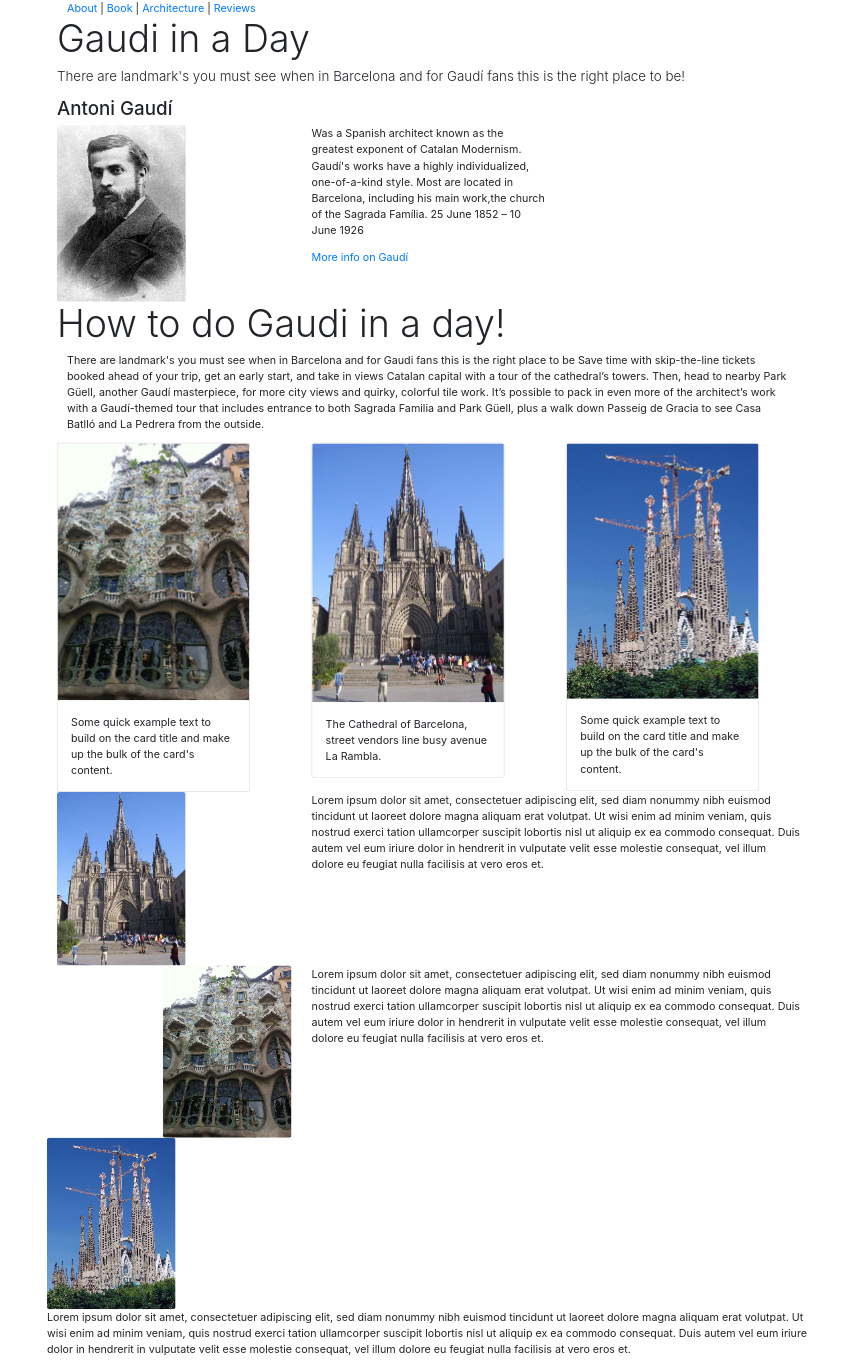
Repository: Taitdanielle/Milestone1
Page: index.html
The author's editor kept a record of every edit. The page is drawn from the files as they stood at one moment, then again after the next edit.
The browser window is 1280 px wide. The pictures show the whole page, at 67% of full size.

Above is the page before.

### index.html
<!DOCTYPE html>
<html lang="en">

<head>
    <title>Gaudí in a day!</title>
    <meta charset="UTF-8">
    <meta name="viewport" content="width=device-width, initial-scale=1.0">
    <meta http-equiv="X-UA-Compatible" content="ie=edge">
    <link rel="stylesheet" href="css/style.css" type="text/css" />
    <link href="https://fonts.googleapis.com/css?family=Lato&display=swap" rel="stylesheet">
    <link rel="stylesheet" href="https://stackpath.bootstrapcdn.com/bootstrap/4.3.1/css/bootstrap.min.css" integrity="sha384-ggOyR0iXCbMQv3Xipma34MD+dH/1fQ784/j6cY/iJTQUOhcWr7x9JvoRxT2MZw1T" crossorigin="anonymous">
</head>

<nav>
    <div class="container">
        <div class="col-md-12">
            <a href="/about/">About</a> |
            <a href="/book/">Book</a> |
            <a href="/architecture/">Architecture</a> |
            <a href="/reviews/">Reviews</a>
        </div>
    </div>
</nav>


<body class="background-color:#FDF7FF;">

    <div class="container">
        <h1 class="display-4">Gaudi in a Day</h1>
        <p class="lead">There are landmark's you must see when in Barcelona and for Gaudí fans this is the right place to be!</p>
    </div>

    <div class="container">
        <div class="row">
            <div class="col-md-12 title-heading-conatainer">
                <h3 class="title-heading"> Antoni Gaudí </h3>
            </div>
            <div class="col-md-4">
                <img src="images/gaudi.jpg" </img>
            </div>
            <div class="col-md-4">
                <p>Was a Spanish architect known as the greatest exponent of Catalan Modernism. Gaudí's works have a highly individualized, one-of-a-kind style. Most are located in Barcelona, including his main work,the church of the Sagrada Família. 25
                    June 1852 – 10 June 1926 </p>
                <a href="https://en.wikipedia.org/wiki/Antoni_Gaud%C3%AD">More info on Gaudí</a>
            </div>
        </div>
    </div>

    <div class="container">
        <h2 class="display-4"> How to do Gaudi in a day!</h2>
        <p class="col-md-12"> There are landmark's you must see when in Barcelona and for Gaudi fans this is the right place to be Save time with skip-the-line tickets booked ahead of your trip, get an early start, and take in views Catalan capital with a tour of the cathedral’s
            towers. Then, head to nearby Park Güell, another Gaudí masterpiece, for more city views and quirky, colorful tile work. It’s possible to pack in even more of the architect’s work with a Gaudí-themed tour that includes entrance to both Sagrada
            Familia and Park Güell, plus a walk down Passeig de Gracia to see Casa Batlló and La Pedrera from the outside. </p>
    </div>

    <!-- image cards -->
    <div class="container">
        <div class="row">
            <div class="col-md-4">
                <div class="card" style="width: 18rem;">
                    <img src="images/gaudi2.jpg" class="card-img-top" alt="Casa Battlo Building">
                    <div class="card-body">
                        <p class="card-text">Some quick example text to build on the card title and make up the bulk of the card's content.</p>
                    </div>
                </div>
            </div>
            <div class="col-md-4">
                <div class="card" style="width: 18rem;">
                    <img src="images/Sta-eulalia.jpg" class="card-img-top" alt=" Barri Gotic Building">
                    <div class="card-body">
                        <p class="card-text">The Cathedral of Barcelona, street vendors line busy avenue La Rambla.</p>
                    </div>
                </div>
            </div>
            <div class="col-md-4">
                <div class="card" style="width: 18rem;">
                    <img src="images/sagrada-familia-1028930_1920.jpg" class="card-img-top" alt="sagrada-familia-building">
                    <div class="card-body">
                        <p class="card-text">Some quick example text to build on the card title and make up the bulk of the card's content.</p>
                    </div>
                </div>
            </div>
        </div>
    </div>

    <div class="container">


        <div class="row">
            <div class="col-md-4">
                <img src="images/Sta-eulalia.jpg" class="rounded float-left" alt="barrigotic building">
            </div>
            <div class="col-md-8">
                <p>Lorem ipsum dolor sit amet, consectetuer adipiscing elit, sed diam nonummy nibh euismod tincidunt ut laoreet dolore magna aliquam erat volutpat. Ut wisi enim ad minim veniam, quis nostrud exerci tation ullamcorper suscipit lobortis nisl
                    ut aliquip ex ea commodo consequat. Duis autem vel eum iriure dolor in hendrerit in vulputate velit esse molestie consequat, vel illum dolore eu feugiat nulla facilisis at vero eros et.</p>
            </div>
        </div>


        <div class="row">
            <div class="col-md-4">
            <img src="images/gaudi2.jpg" class="rounded float-right" alt="Building">
            </div>
            <div class="col-md-8">
            <p> Lorem ipsum dolor sit amet, consectetuer adipiscing elit, sed diam nonummy nibh euismod tincidunt ut laoreet dolore magna aliquam erat volutpat. Ut wisi enim ad minim veniam, quis nostrud exerci tation ullamcorper suscipit lobortis nisl ut
                aliquip ex ea commodo consequat. Duis autem vel eum iriure dolor in hendrerit in vulputate velit esse molestie consequat, vel illum dolore eu feugiat nulla facilisis at vero eros et.</p>
</div>
        </div>

        <div class="row">
            <img src="images/sagrada-familia-1028930_1920.jpg" class="rounded float-left" alt=building>
            <p> Lorem ipsum dolor sit amet, consectetuer adipiscing elit, sed diam nonummy nibh euismod tincidunt ut laoreet dolore magna aliquam erat volutpat. Ut wisi enim ad minim veniam, quis nostrud exerci tation ullamcorper suscipit lobortis nisl ut
                aliquip ex ea commodo consequat. Duis autem vel eum iriure dolor in hendrerit in vulputate velit esse molestie consequat, vel illum dolore eu feugiat nulla facilisis at vero eros et.</p>
        </div>
    </div>
    </div>
</body>

</html>

### css/style.css
container {
    background-color: #FBEAFF;
}

After the next edit:
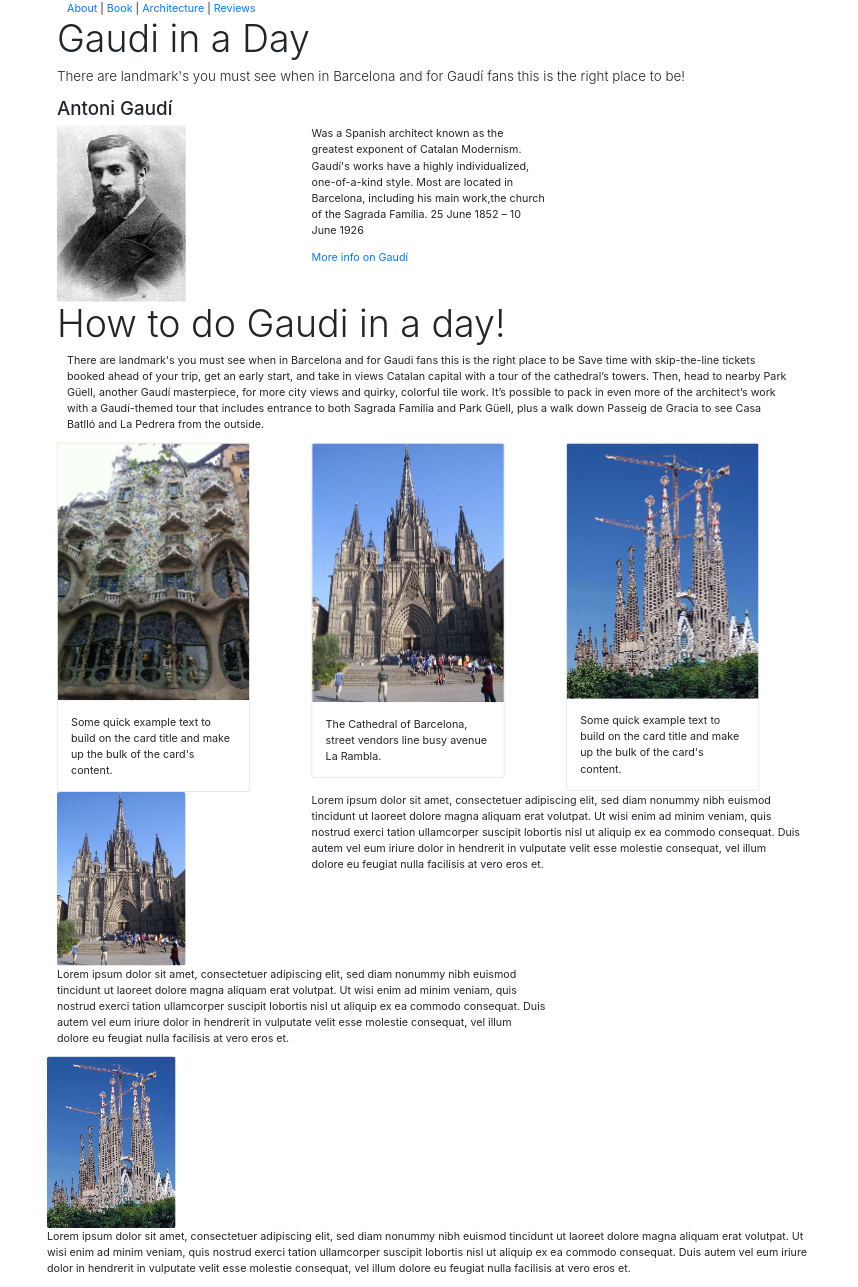
The edit:
--- a/index.html
+++ b/index.html
@@ -98,13 +98,11 @@
 
 
         <div class="row">
-            <div class="col-md-4">
-            <img src="images/gaudi2.jpg" class="rounded float-right" alt="Building">
+
+            <div class="col-md-8">
+                <p> Lorem ipsum dolor sit amet, consectetuer adipiscing elit, sed diam nonummy nibh euismod tincidunt ut laoreet dolore magna aliquam erat volutpat. Ut wisi enim ad minim veniam, quis nostrud exerci tation ullamcorper suscipit lobortis nisl
+                    ut aliquip ex ea commodo consequat. Duis autem vel eum iriure dolor in hendrerit in vulputate velit esse molestie consequat, vel illum dolore eu feugiat nulla facilisis at vero eros et.</p>
             </div>
-            <div class="col-md-8">
-            <p> Lorem ipsum dolor sit amet, consectetuer adipiscing elit, sed diam nonummy nibh euismod tincidunt ut laoreet dolore magna aliquam erat volutpat. Ut wisi enim ad minim veniam, quis nostrud exerci tation ullamcorper suscipit lobortis nisl ut
-                aliquip ex ea commodo consequat. Duis autem vel eum iriure dolor in hendrerit in vulputate velit esse molestie consequat, vel illum dolore eu feugiat nulla facilisis at vero eros et.</p>
-</div>
         </div>
 
         <div class="row">
